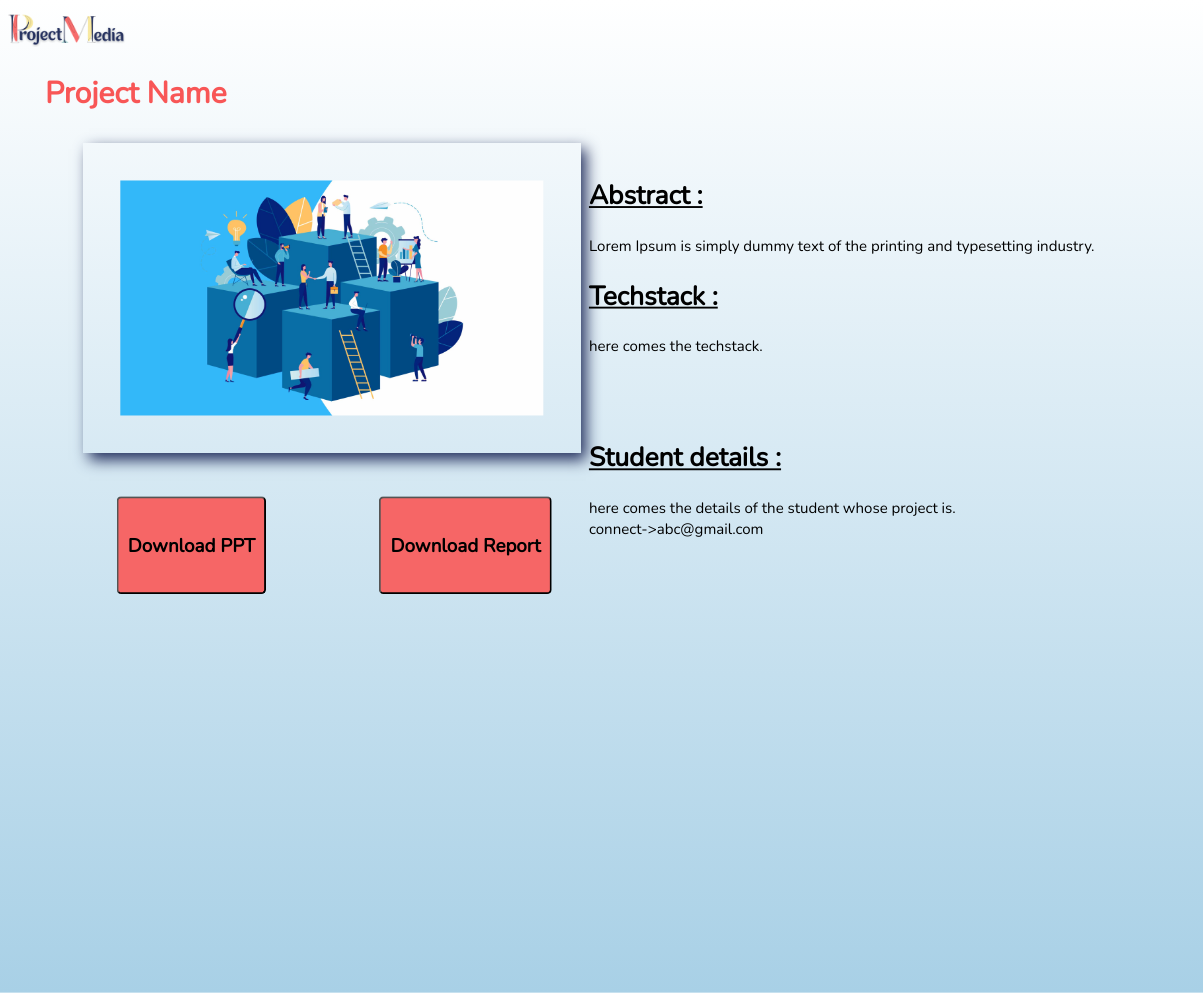
Repository: Sanskriti002/Projectpage
Page: index.html
The author's editor kept a copy of each file at every save. The page is drawn from the files as they stood at one save, then again after the next save.
The browser window is 1280 px wide. The pictures show the whole page, at 94% of full size.

Above is the page before, as saved 2023-09-21 11:57:04.

After the next save:
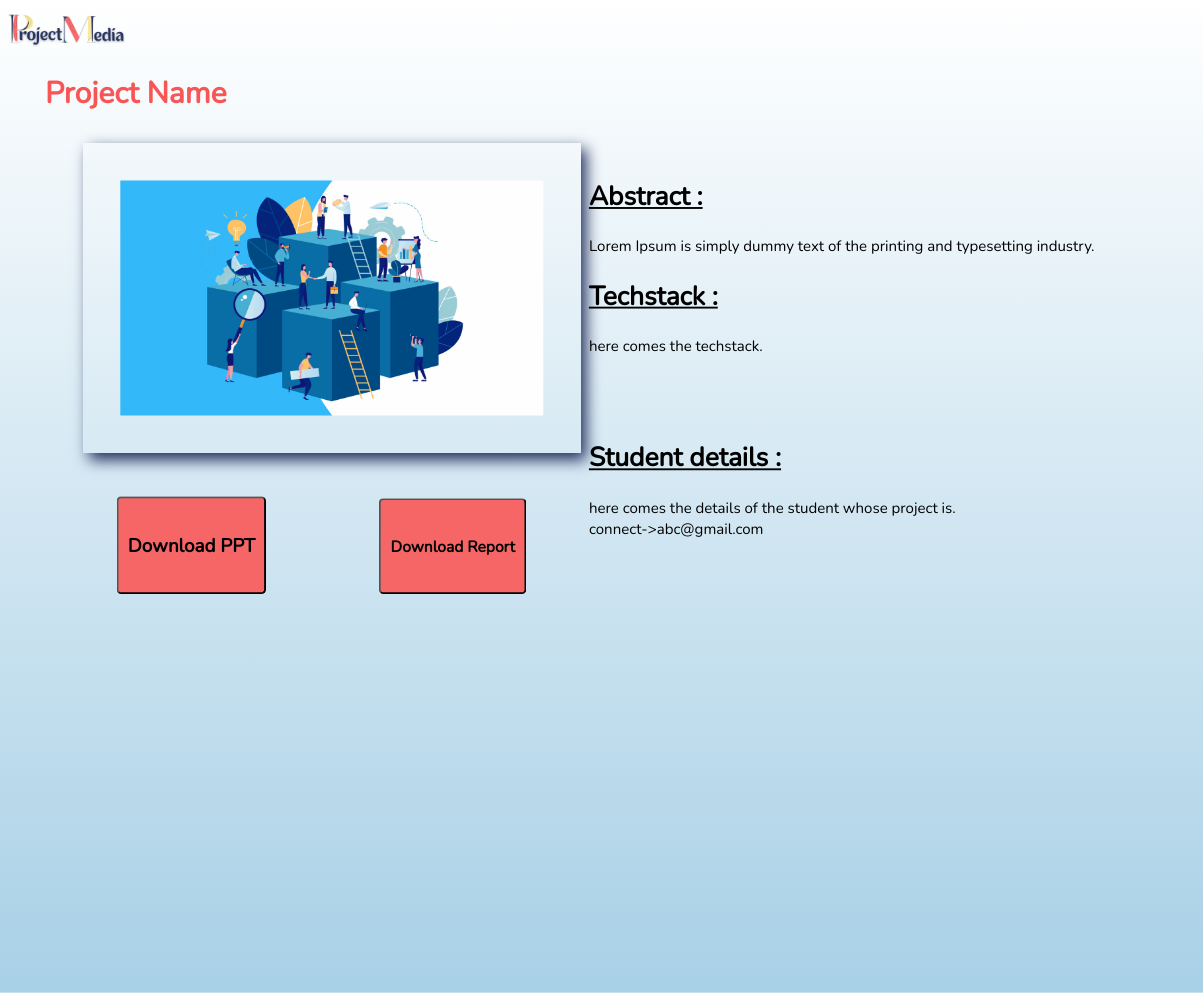
Saved 9 s later.
--- a/index.html
+++ b/index.html
@@ -21,7 +21,7 @@
     </section>
     <section>
         <button type="button" class="btn" onclick="alert('Downloaded')"> <h4>Download PPT</h4></button>
-        <button type="button" class="btn" onclick="alert('Downloaded')"><h4>Download Report</h4></button>
+        <button type="button" class="btn" onclick="alert('Downloaded')"><h5>Download Report</h5></button>
     </section>
     <section class="content">
         <h2><u>Abstract :</u></h2></h2>
